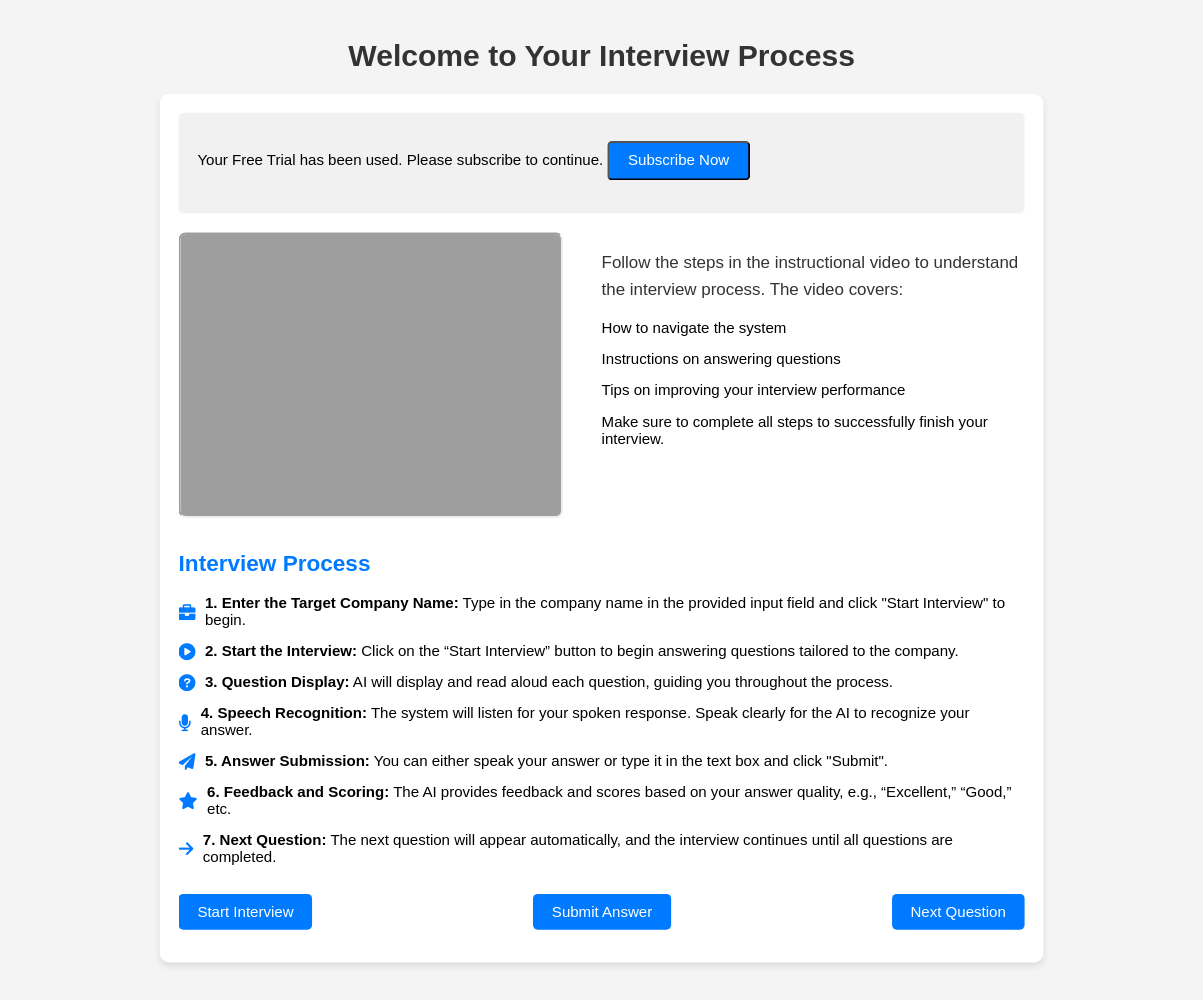
Repository: raushan22882917/Interview_platform
Page: templates/HR_Round/home.html
An editor plug-in stored every save of this project. The page is shown before and after a run of saves, followed by the edit.
The browser window is 1280 px wide. The pictures show the whole page, at 94% of full size.
Pictures or frames that could not be fetched are drawn as grey boxes. The page is served by the project's application, run on Flask 3 (temp_code.py). The template is opened directly, without the code that normally fills it, so the values that code supplies are empty.

Above is the page before, as saved 2024-12-01 15:29:49.

### Tech_Round/templates/HR_Round/home.html
<!DOCTYPE html>
<html lang="en">
<head>
    <meta charset="UTF-8">
    <meta name="viewport" content="width=device-width, initial-scale=1.0">
    <title>Dashboard</title>
    <link href="https://cdnjs.cloudflare.com/ajax/libs/font-awesome/6.0.0-beta3/css/all.min.css" rel="stylesheet">
    <style>
        body {
            font-family: Arial, sans-serif;
            background-color: #f4f4f4;
            margin: 0;
            padding: 20px;
        }

        h1 {
            text-align: center;
            color: #333;
        }

        .process-box {
            background-color: #fff;
            padding: 20px;
            margin: 20px auto;
            border-radius: 10px;
            box-shadow: 0 4px 8px rgba(0, 0, 0, 0.1);
            width: 80%;
            max-width: 900px;
        }

        .process-box h2 {
            color: #007bff;
            font-size: 24px;
            margin-bottom: 20px;
        }

        .process-box ul {
            list-style-type: none;
            padding-left: 0;
        }

        .process-box li {
            display: flex;
            align-items: center;
            margin-bottom: 15px;
            font-size: 16px;
        }

        .process-box li i {
            font-size: 18px;
            margin-right: 10px;
            color: #007bff;
        }

        .process-box li .step {
            flex-grow: 1;
        }

        .process-box li .step span {
            font-weight: bold;
        }

        .process-box .start-button,
        .process-box .submit-button,
        .process-box .next-button,
        .process-box .subscription-button {
            display: inline-block;
            margin-top: 10px;
            background-color: #007bff;
            color: #fff;
            padding: 10px 20px;
            font-size: 16px;
            border-radius: 5px;
            text-decoration: none;
            cursor: pointer;
            margin-bottom: 15px;
        }

        .process-box .start-button:hover,
        .process-box .submit-button:hover,
        .process-box .next-button:hover,
        .process-box .subscription-button:hover {
            background-color: #0056b3;
        }

        .process-box .button-container {
            display: flex;
            justify-content: space-between;
            margin-top: 20px;
        }

        .subscription-info {
            background-color: #f1f1f1;
            padding: 20px;
            border-radius: 5px;
            margin-bottom: 20px;
        }

        /* Flexbox layout for video and text section */
        .instruction-container {
            display: flex;
            justify-content: space-between;
            margin-bottom: 30px;
        }

        .instruction-container .video {
            width: 45%;
            padding-right: 20px;
        }

        .instruction-container .text {
            width: 50%;
        }

        .instruction-container iframe {
            width: 100%;
            height: 300px;
            border-radius: 8px;
        }

        .instruction-container .text p {
            font-size: 18px;
            line-height: 1.6;
            color: #333;
        }
    </style>
</head>
<body>
    <h1>Welcome to Your Interview Process</h1>

    <div class="process-box">
        <!-- Subscription Status Section -->
        <div class="subscription-info">
            {% if button_message == "Start" %}
                You have an active subscription. You have {{ remaining_days }} days left.
                <button onclick="window.location.href='/hr_index'" class="subscription-button">Start Interview</button>
            {% elif button_message == "Renew Subscription" %}
                Your subscription has expired. Please renew it.
                <button onclick="window.location.href='/subscribe'" class="subscription-button">Renew Subscription</button>
            {% elif button_message == "Free Trial: 2 Uses Left" %}
                You have used your free trial. You have 2 uses left.
                <button onclick="window.location.href='/hr_index'" class="subscription-button">Free Trial</button>
            {% else %}
                Your Free Trial has been used. Please subscribe to continue.
                <button onclick="window.location.href='/subscribe'" class="subscription-button">Subscribe Now</button>
            {% endif %}
        </div>

        <!-- Instruction Video and Text -->
        <div class="instruction-container">
            <!-- Video Section -->
            <div class="video">
                <iframe src="https://www.youtube.com/embed/VIDEO_ID" title="Instructional Video" allowfullscreen></iframe>
            </div>
            <!-- Text Section -->
            <div class="text">
                <p>
                    Follow the steps in the instructional video to understand the interview process. The video covers:
                    <ul>
                        <li>How to navigate the system</li>
                        <li>Instructions on answering questions</li>
                        <li>Tips on improving your interview performance</li>
                    </ul>
                    Make sure to complete all steps to successfully finish your interview.
                </p>
            </div>
        </div>

        <h2>Interview Process</h2>
        <ul>
            <li><i class="fas fa-briefcase"></i><div class="step"><span>1. Enter the Target Company Name:</span> Type in the company name in the provided input field and click "Start Interview" to begin.</div></li>
            <li><i class="fas fa-play-circle"></i><div class="step"><span>2. Start the Interview:</span> Click on the “Start Interview” button to begin answering questions tailored to the company.</div></li>
            <li><i class="fas fa-question-circle"></i><div class="step"><span>3. Question Display:</span> AI will display and read aloud each question, guiding you throughout the process.</div></li>
            <li><i class="fas fa-microphone"></i><div class="step"><span>4. Speech Recognition:</span> The system will listen for your spoken response. Speak clearly for the AI to recognize your answer.</div></li>
            <li><i class="fas fa-paper-plane"></i><div class="step"><span>5. Answer Submission:</span> You can either speak your answer or type it in the text box and click "Submit".</div></li>
            <li><i class="fas fa-star"></i><div class="step"><span>6. Feedback and Scoring:</span> The AI provides feedback and scores based on your answer quality, e.g., “Excellent,” “Good,” etc.</div></li>
            <li><i class="fas fa-arrow-right"></i><div class="step"><span>7. Next Question:</span> The next question will appear automatically, and the interview continues until all questions are completed.</div></li>
        </ul>

        <!-- Action buttons section -->
        <div class="button-container">
            <a href="/hr_index" class="start-button">Start Interview</a>
            <a href="/submit_answer" class="submit-button">Submit Answer</a>
            <a href="/next_question" class="next-button">Next Question</a>
        </div>
    </div>
</body>
</html>

### Tech_Round/temp_code.py
from flask import Flask, render_template, jsonify, request
import paypalrestsdk

app = Flask(__name__)

paypalrestsdk.configure({
  "mode": "sandbox", # sandbox or live
  "client_id": "AVl3kW1ZH4Tq8HG34uKdfAmQHmoLnx7eYiYrELvytySETUfm9r4vFdzNd43T8vUbhIgAhUYPCcpXl4UC",
  "client_secret": "EPLaNfxteaTDI8TE2cvG_GdTjoUi3uZW0_03Fl7-uX1ggAcUGZGeigEXv7iX4YTc-QdWwla979VcUcmu" })

@app.route('/')
def index():
    return render_template('HR_Round/pay.html')

@app.route('/payment', methods=['POST'])
def payment():

    payment = paypalrestsdk.Payment({
        "intent": "sale",
        "payer": {
            "payment_method": "paypal"},
        "redirect_urls": {
            "return_url": "http://localhost:3000/payment/execute",
            "cancel_url": "http://localhost:3000/"},
        "transactions": [{
            "item_list": {
                "items": [{
                    "name": "testitem",
                    "sku": "12345",
                    "price": "500.00",
                    "currency": "USD",
                    "quantity": 1}]},
            "amount": {
                "total": "500.00",
                "currency": "USD"},
            "description": "This is the payment transaction description."}]})

    if payment.create():
        print('Payment success!')
    else:
        print(payment.error)

    return jsonify({'paymentID' : payment.id})

@app.route('/execute', methods=['POST'])
def execute():
    success = False

    payment = paypalrestsdk.Payment.find(request.form['paymentID'])

    if payment.execute({'payer_id' : request.form['payerID']}):
        print('Execute success!')
        success = True
    else:
        print(payment.error)

    return jsonify({'success' : success})

if __name__ == '__main__':
    app.run(debug=True)

After the next 2 saves:
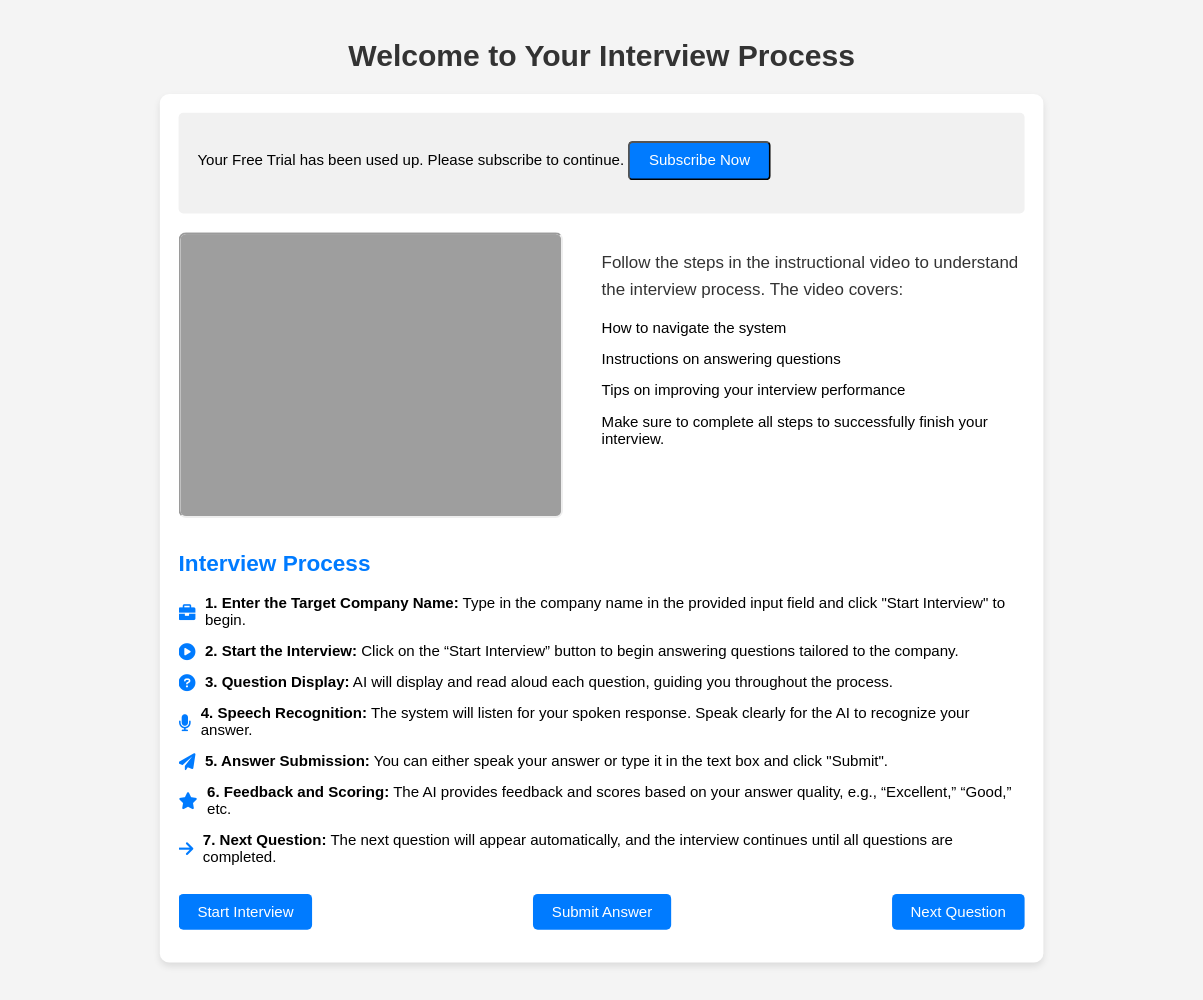
The 2 saves are shown as one change because they came seconds apart.
The last was saved 6 s later.
--- a/Tech_Round/templates/HR_Round/home.html
+++ b/Tech_Round/templates/HR_Round/home.html
@@ -141,7 +141,7 @@
                 You have used your free trial. You have 2 uses left.
                 <button onclick="window.location.href='/hr_index'" class="subscription-button">Free Trial</button>
             {% else %}
-                Your Free Trial has been used. Please subscribe to continue.
+                Your Free Trial has been used up. Please subscribe to continue.
                 <button onclick="window.location.href='/subscribe'" class="subscription-button">Subscribe Now</button>
             {% endif %}
         </div>
